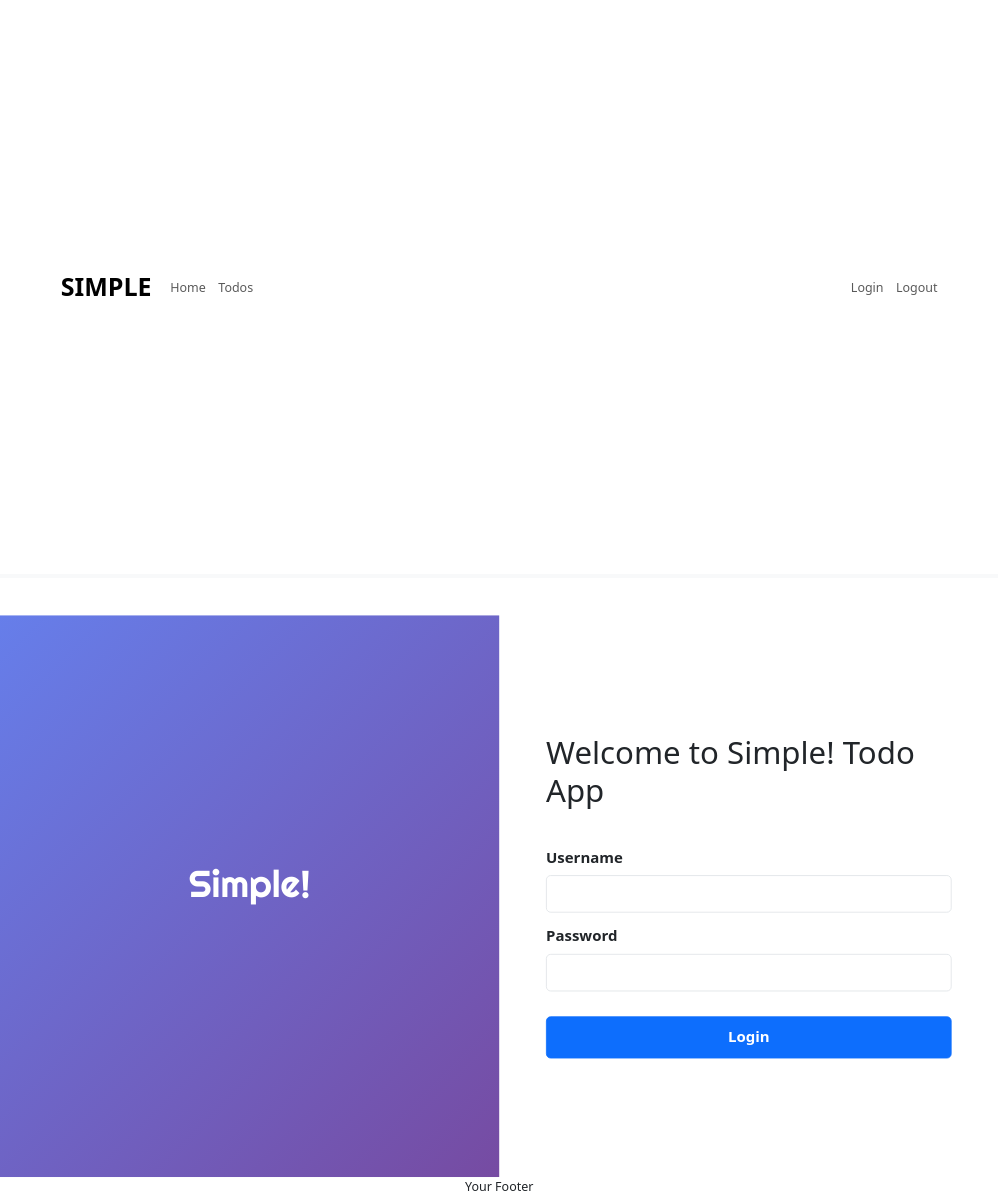
Repository: oboioz/SimpleTodoApp
Page: / (app in SimpleTodoAppFrontEnd/todo-app/)
The author's editor kept a copy of each file at every save. The page is drawn from the files as they stood at one save, then again after the next save.
The browser window is 1280 px wide. The pictures show the whole page, at 78% of full size.
The project was rebuilt for these pictures with package versions that can differ from the ones it lists, and the page was loaded fresh each time. Also part of the build but not shown: SimpleTodoAppFrontEnd/todo-app/src/components/todo/Welcome/WelcomeComponent.jsx, SimpleTodoAppFrontEnd/todo-app/src/components/todo/error/ErrorComponent.jsx, SimpleTodoAppFrontEnd/todo-app/src/components/todo/list-todo/ListTodoComponent.jsx, SimpleTodoAppFrontEnd/todo-app/src/components/todo/logout/LogOutComponent.jsx.

Above is the page before, as saved 2024-04-06 03:57:06.

After the next save:
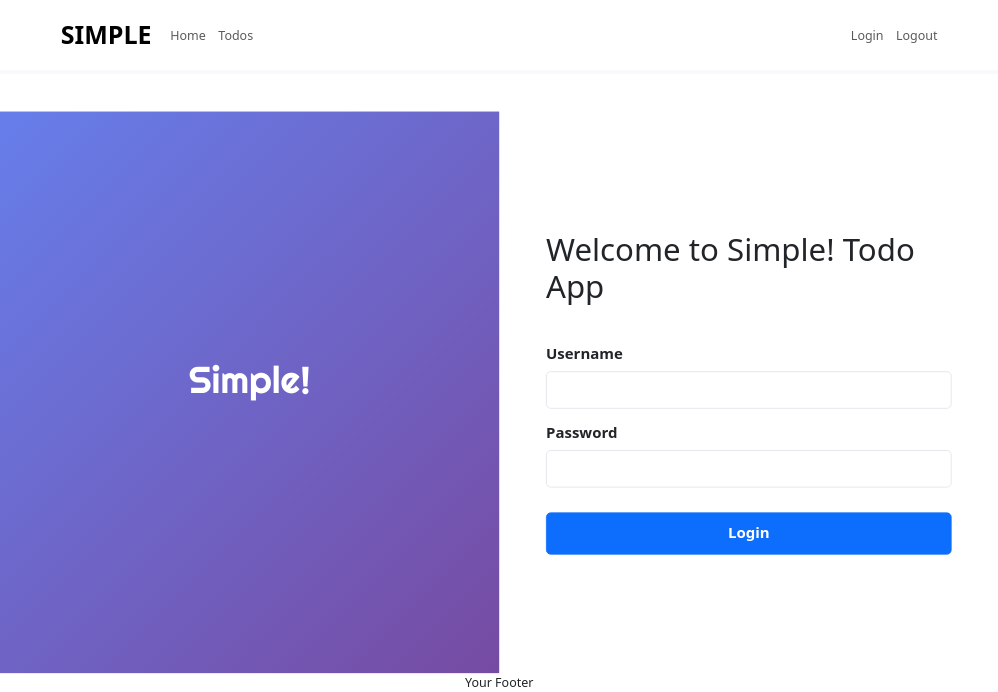
Saved 35 s later.
--- a/SimpleTodoAppFrontEnd/todo-app/src/components/todo/Login/LoginStyle.css
+++ b/SimpleTodoAppFrontEnd/todo-app/src/components/todo/Login/LoginStyle.css
@@ -1,6 +1,6 @@
 @import url('https://fonts.googleapis.com/css2?family=Righteous&display=swap');
 
-.row {
+.Login .row {
     display: flex;
     justify-content: center;
     align-items: center;
